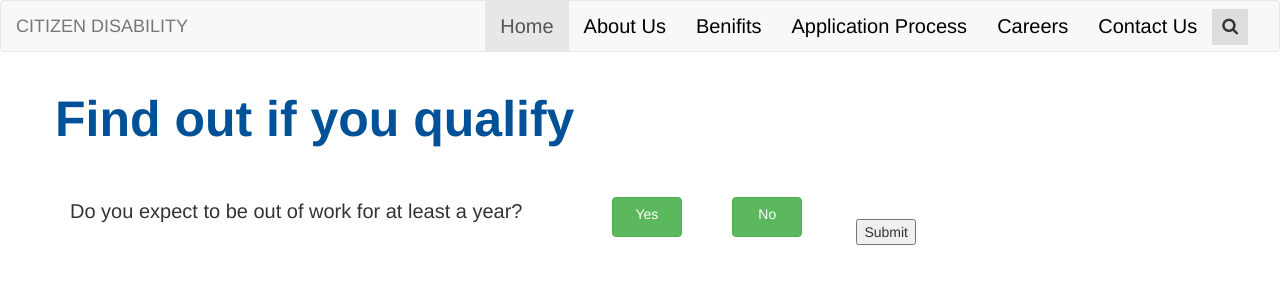
Repository: welcome0605/Embed-html-integrate-with-API
Page: Home.html
The author's editor kept a copy of each file at every save. The page is drawn from the files as they stood at one save, then again after the next save.
The browser window is 1280 px wide. The pictures show the whole page.

Above is the page before, as saved 2019-04-27 15:21:34.

After the next save:
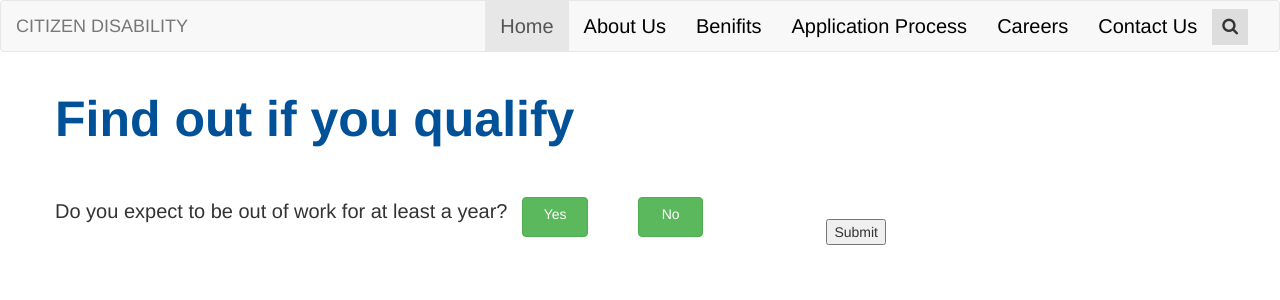
Saved 7 s later.
--- a/Home.html
+++ b/Home.html
@@ -37,7 +37,7 @@
     <div class="div_entire">
       <div class="row"><h2 class="title">Find out if you qualify</h2></div>
       <div class="row radio_buttons" id="question_1_container">
-        <div class="col-md-10 div_label">Do you expect to be out of work for at least a year?</div>
+        <div class="col-md-18 div_label">Do you expect to be out of work for at least a year?</div>
         <div class="col-md-4 btn-group-toggle" data-toggle="buttons">
           <label class="btn btn-success radio_q"><input type="radio"  value="Yes"  class="form_input valid" >Yes</label>
           <label class="btn btn-success radio_q"><input type="radio"  value="No"  class="form_input valid" >No</label>

After the save that followed:
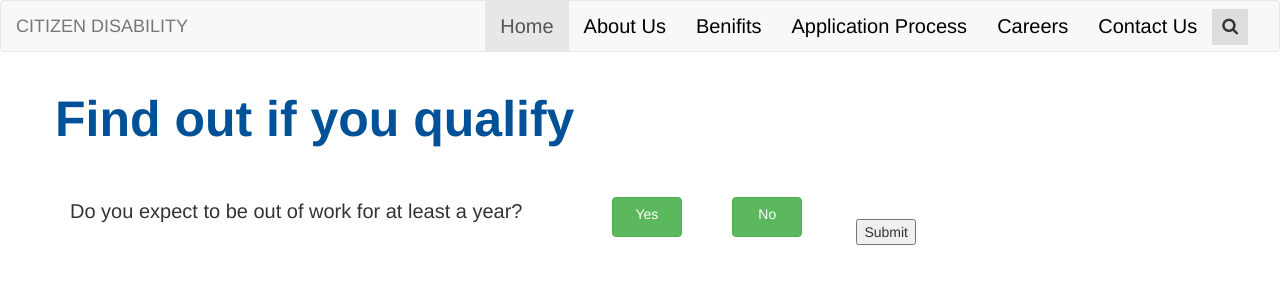
Saved 5 s later.
--- a/Home.html
+++ b/Home.html
@@ -37,7 +37,7 @@
     <div class="div_entire">
       <div class="row"><h2 class="title">Find out if you qualify</h2></div>
       <div class="row radio_buttons" id="question_1_container">
-        <div class="col-md-18 div_label">Do you expect to be out of work for at least a year?</div>
+        <div class="col-md-12 div_label">Do you expect to be out of work for at least a year?</div>
         <div class="col-md-4 btn-group-toggle" data-toggle="buttons">
           <label class="btn btn-success radio_q"><input type="radio"  value="Yes"  class="form_input valid" >Yes</label>
           <label class="btn btn-success radio_q"><input type="radio"  value="No"  class="form_input valid" >No</label>
